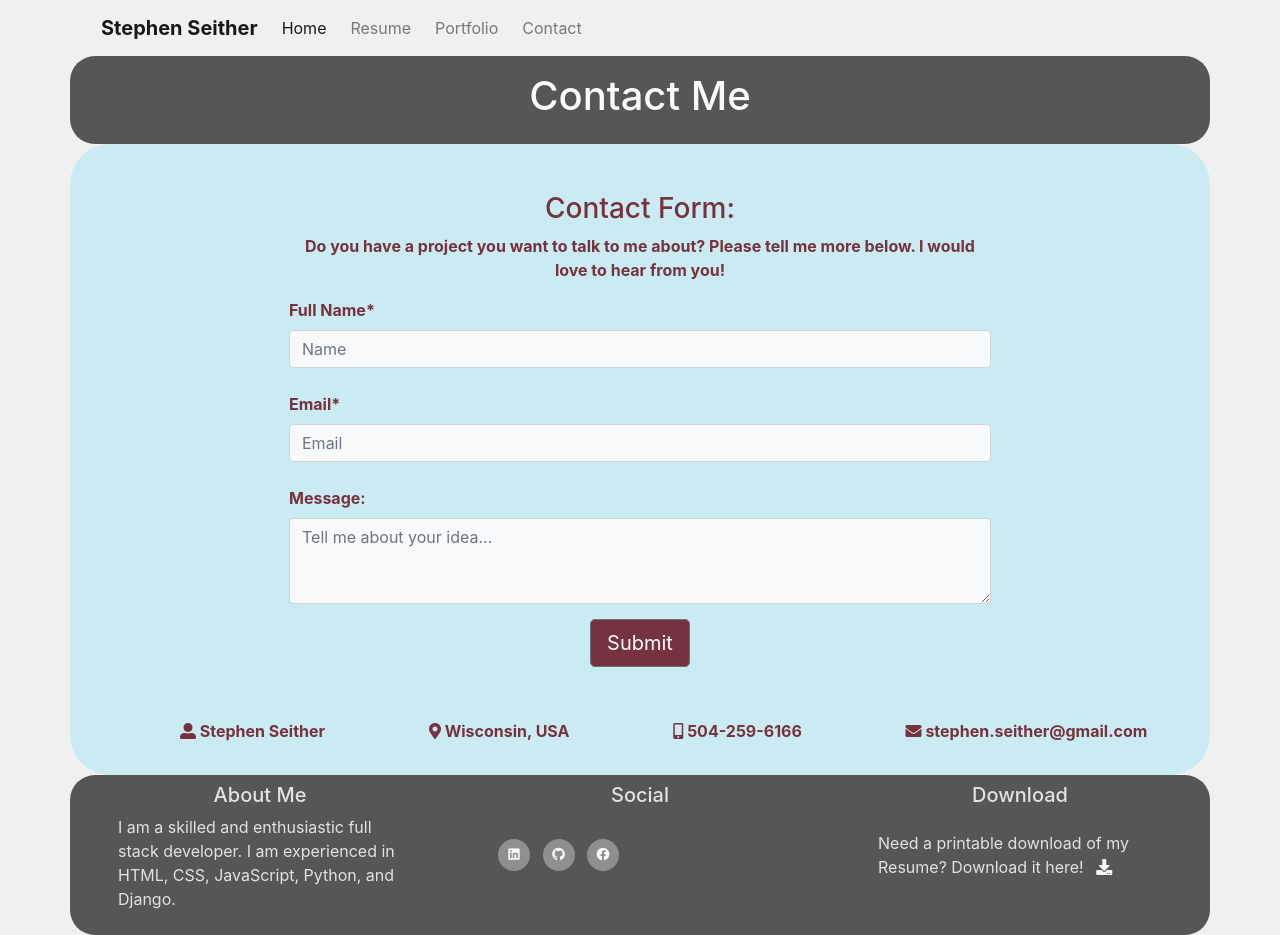
Repository: stephenseither/First-Milestone-Project
Page: contact.html
The author's editor kept a record of every edit. The page is drawn from the files as they stood at one moment, then again after the next edit.
The browser window is 1280 px wide. The pictures show the whole page.
Some web libraries are served in a nearby version.

Above is the page before.

### contact.html
<!DOCTYPE html>
<html lang="en">

<head>
    <meta charset="UTF-8">
    <meta name="viewport" content="width=device-width, initial-scale=1.0">
    <meta http-equiv="X-UA-Compatible" content="ie=edge">
    <link rel="stylesheet" href="https://stackpath.bootstrapcdn.com/bootstrap/4.3.1/css/bootstrap.min.css" integrity="sha384-ggOyR0iXCbMQv3Xipma34MD+dH/1fQ784/j6cY/iJTQUOhcWr7x9JvoRxT2MZw1T" crossorigin="anonymous">
    <link rel="stylesheet" href="https://use.fontawesome.com/releases/v5.10.2/css/all.css" integrity="sha384-rtJEYb85SiYWgfpCr0jn174XgJTn4rptSOQsMroFBPQSGLdOC5IbubP6lJ35qoM9" crossorigin="anonymous">
    <link rel="stylesheet" href="https://cdnjs.cloudflare.com/ajax/libs/hover.css/2.3.1/css/hover-min.css" type="text/css" />
    <link rel="stylesheet" href="assets/css/style.css" type="text/css" />
    <title>Personal Portfolio</title>
</head>

<body>
    <div class="container">
        <div class="row">
            <div class="col">
                <nav class="navbar navbar-light bg-navbar navbar-expand-sm">
                    <a href="index.html" class="navbar-brand font-weight-bold">Stephen Seither</a>

                    <button class="navbar-toggler ml-auto" type="button" data-toggle="collapse" data-target="#navbarNavDropdown" aria-controls="navbarNavDropdown" aria-expanded="false" aria-label="Toggle navigation">
            <span class="navbar-toggler-icon"></span></button>

                    <div class="collapse navbar-collapse" id="navbarNavDropdown">

                        <ul class="navbar-nav mr-auto">
                            <li class="active nav-item mr-2"><a class="nav-link" href="index.html">Home</a></li>
                            <li class="nav-item mr-2"><a class="nav-link" href="experience.html">Resume</a></li>
                            <li class="nav-item mr-2"><a class="nav-link" href="portfolio.html">Portfolio</a></li>
                            <li class="nav-item mr-2"><a class="nav-link" href="contact.html">Contact</a></li>
                        </ul>

                    </div>
                </nav>
            </div>
        </div>
    </div>
    <div class="container">
        <div class="row">
            <div class="col resume heading bg-header py-3">
                <h1 class="uppercase">
                    Contact Me
                </h1>
            </div>
        </div>
    </div>
    <div class="container bg-contact contact-page">
        <div class="row">
            <div class="col px-5 pt-5 pb-3 center-form">
                <form>
                    <h3 class="mb-2 text-center">Contact Form:</h3>
                    <p class="text-center mb-3"> Do you have a project you want to talk to me about? Please tell me more below. I would love to hear from you!</p>
                    <label for="fullname" class="fullname"> Full Name*</label>
                    <input type="text" name="fullname" id="fullname" placeholder="Name" class=" form-control bg-light" required>
                    <br>
                    <label for="email" class="email"> Email*</label>
                    <input type="text" name="email" id="email" placeholder="Email" class=" form-control bg-light" required>
                    <br>
                    <label for="message" class="message"> Message:</label>
                    <textarea name="message" id="message" class="form-control bg-light" rows="3" placeholder="Tell me about your idea..."></textarea>
                    <div class="form-row text-center">
                        <div class="col">
                            <button type="submit" class="btn btn-secondary btn-lg">Submit</button>
                        </div>
                    </div>
                </form>
            </div>
        </div>
        <div class="col contact-info-2 py-3">
            <div class="personal-info-item-2">
                <div class="title-2">
                    <p>
                        <i class="fas fa-user-alt"></i> Stephen Seither
                    </p>
                </div>
            </div>
            <div class="personal-info-item-2">
                <div class="title-2">

                    <p>
                        <i class="fas fa-map-marker-alt"></i> Wisconsin, USA
                    </p>
                </div>
            </div>
            <div class="personal-info-item-2">
                <div class="title-2">

                    <p>
                        <i class="fas fa-mobile-alt"></i> 504-259-6166
                    </p>
                </div>
            </div>
            <div class="personal-info-item-2">
                <div class="title-2">

                    <p>
                        <i class="fas fa-envelope"></i> stephen.seither@gmail.com
                    </p>
                </div>
            </div>
        </div>
    </div>


    <footer>
        <div class="container footer bg-footer">
            <div class="row">
                <div class="col-md-4 px-5 py-2">
                    <h5>About Me</h5>
                    <p>I am a skilled and enthusiastic full stack developer. I am experienced in HTML, CSS, JavaScript, Python, and Django.</p>
                </div>
                <div class="col-md-4 px-5 py-2">
                    <h5 class="uppercase general-sub">Social</h5>
                    <ul class="list-inline social-links-footer py-4">
                        <li class="list-inline-item">
                            <a href="https://www.linkedin.com/in/stephen-seither-254ba7b7" target="_blank">
                                <i class="fab fa-linkedin" aria-hidden="true"></i>
                                <span class="sr-only">LinkedIn</span>
                                </a>
                        </li>
                        <li class="list-inline-item">
                            <a href="https://github.com/stephenseither" target="_blank">
                                    <i class="fab fa-github" aria-hidden="true"></i>
                                    <span class="sr-only">GitHub</span>
                                </a>
                        </li>
                        <li class="list-inline-item">
                            <a href="https://www.facebook.com/stephen.seither" target="_blank">
                                    <i class="fab fa-facebook" aria-hidden="true"></i>
                                    <span class="sr-only">Facebook</span>
                                </a>
                        </li>
                    </ul>
                </div>
                <div class="col-md-4 px-5 py-2">
                    <h5>Download</h5>
                    <p class="py-3">Need a printable download of my Resume? Download it here!
                        <a href="assets/resume/resume.pdf" target="_blank" class="resume-pdf"><i class="fa fa-download" aria-hidden="true"></i>
                        <span class="sr-only">Download link.</span>
                        </a>
                    </p>
                </div>
            </div>
        </div>
    </footer>
    <script src="https://code.jquery.com/jquery-3.3.1.slim.min.js" integrity="sha384-q8i/X+965DzO0rT7abK41JStQIAqVgRVzpbzo5smXKp4YfRvH+8abtTE1Pi6jizo" crossorigin="anonymous"></script>
    <script src="https://cdnjs.cloudflare.com/ajax/libs/popper.js/1.14.3/umd/popper.min.js" integrity="sha384-ZMP7rVo3mIykV+2+9J3UJ46jBk0WLaUAdn689aCwoqbBJiSnjAK/l8WvCWPIPm49" crossorigin="anonymous"></script>
    <script src="https://stackpath.bootstrapcdn.com/bootstrap/4.1.3/js/bootstrap.min.js" integrity="sha384-ChfqqxuZUCnJSK3+MXmPNIyE6ZbWh2IMqE241rYiqJxyMiZ6OW/JmZQ5stwEULTy" crossorigin="anonymous"></script>
</body>

</html>

### assets/css/style.css
/*---------------------------BG Colors---------------------- */

body {
    background-color: #f0f0f0;
}

.bg-navbar {
    background-color: #f0f0f0;
}

.bg-header {
    background-color: #565656;
}

.about-me {
    background-color: #caebf2;
}

.photo {
    background-color: #caebf2;
}

.contact-info {
    background-color: #7395ae;
    color: #fafafa;
    font-weight: normal;
}

.bg-work-timeline {
    background-color: #caebf2;
}

.bg-school-timeline {
    background-color: #caebf2;
}

.bg-skills {
    background-color: #caebf2;
}

.bg-footer {
    background-color: #565656;
}

.bg-button {
    background-color: #caebf2;
}

.bg-portfolio {
    background-color: #caebf2;
}

.bg-contact {
    background-color: #caebf2;
}

/*---------------------------Header---------------------- */

.heading {
    text-align: center;
    border-radius: 25px;
}

.name {
    margin-top: 60px;
    color: #fff;
}

.title {
    color: #e3e1e1;
    margin-bottom: 20px;
}

.social-links {
    margin-left: 40px;
}

.social-links li a i {
    width: 32px;
    height: 32px;
    padding: 12px 2px;
    border-radius: 50%;
    font-size: 13px;
    line-height: 7px;
    text-align: center;
    color: #fafafa;
    background: #8f8f8f;
    transition: all 0.35s ease-in-out, ;
    -moz-transition: all 0.35s ease-in-out;
    -webkit-transition: all 0.35s ease-in-out;
    -o-transition: all 0.35s ease-in-out;
}

.social-links li a i:hover {
    background-color: #b8784b;
    transform: scale(1.5);
    -webkit-transform: scale(1.5);
    -moz-transform: scale(1.5);
    -o-transform: scale(1.5);
}


/*---------------------------About Me---------------------- */

.about-me {
    border-width: 2px 4px;
    border-radius: 40px;
    color: #f5f5f5;
    text-align: left;
}

.about-me p {
    color: #565656;
    font-weight: 500;
}

.photo {
    border-width: 2px 4px;
    border-radius: 40px;
}


h2 {
    color: #76323f;
    padding-top: 8px;
}

/*--------------------------Contact Me Page---------------------- */

.contact-page {
    border-width: 2px 4px;
    border-radius: 40px;
    color: #76323f;
    font-weight: bold;
}

.title-2 {
    color: #76323f;
}

.personal-info-item-2 {
    display: inline-block;
    margin-left: 80px;
    margin-right: 20px;
}

.personal-info-item .title-2,
.personal-info-item .value-2 {
    display: inline-block;
    padding-right: 15px;
}

.center-form {
    padding-top: 10px;
    margin: 0 auto;
}

@media(min-width: 992px) {
    .center-form {
        padding-top: 30px;
        min-height: 240px;
        margin: 0 auto;
        max-width: 70%;
    }
}

button[type="submit"] {
    margin-top: 15px;
    margin-bottom: 20px;
    color: #fafafa;
    background-color: #76323f;
    text-align: center;
}


/*---------------------------Contact Info---------------------- */

.personal-info-item {
    margin-bottom: 10px;
    display: block;
    clear: both;
    font-size: 20px;
}

.personal-info-item .title,
.personal-info-item .value {
    display: inline-block;
    padding-right: 15px;
}

button[type="button"] {
    margin-top: 15px;
    margin-bottom: 20px;
    color: #fafafa;
    background-color: #76323f;
}

.contact-me-btn {
    margin-left: 110px;
}

/*--------------------------Resume---------------------- */

.resume {
    text-align: center;
    color: #fafafa;
    padding: 8px;
}

.resume-link {
    margin-top: 100px;
    transition: all 0.35s ease-in-out, ;
    -moz-transition: all 0.35s ease-in-out;
    -webkit-transition: all 0.35s ease-in-out;
    -o-transition: all 0.35s ease-in-out;
}

.resume-link:hover {
    transform: scale(1.05);
    -webkit-transform: scale(1.05);
    -moz-transform: scale(1.05);
    -o-transform: scale(1.05);
}


.work-history {
    color: #565656;
    text-align: center;
}

.work-timeline {
    border-width: 2px 4px;
    border-radius: 40px;
}

.timeline-item {
    padding: 4em 2em 0em 2em;
    position: relative;
    color: #565656;
    border-left: 1px solid;
}

.timeline-item p {
    padding: 0;
    margin: 0;
    color: #76323f;
}

.timeline-item:before {
    content: attr(data-dates);
    position: absolute;
    left: 2.5em;
    top: 3em;
    display: block;
    font-family: "Exo", sans-serif;
    font-weight: 500;
    font-size: 0.8em;
    padding: 0;
    margin: 0;
}

.timeline-item:after {
    width: 12px;
    height: 12px;
    display: block;
    top: 2.4em;
    position: absolute;
    left: -6px;
    border-radius: 12px;
    content: '';
    background-color: #565656;
}


.school {
    color: #565656;
    text-align: center;
}

.school-item {
    padding: 4em 2em 0em 2em;
    position: relative;
    color: #565656;
    border-left: 1px solid;
}


.school-timeline {
    border-width: 2px 4px;
    border-radius: 40px;
}

.school-item p {
    padding: 0;
    margin: 0;
    color: #76323f;
}

.school-item:before {
    content: attr(data-dates);
    position: absolute;
    left: 2.5em;
    top: 3em;
    display: block;
    font-family: "Exo", sans-serif;
    font-weight: 500;
    font-size: 0.8em;
    padding: 0;
    margin: 0;
}

.school-item:after {
    width: 12px;
    height: 12px;
    display: block;
    top: 2.4em;
    position: absolute;
    left: -6px;
    border-radius: 12px;
    content: '';
    background-color: #565656;
}

.skills {
    color: #565656;
    text-align: center;
}

.skills-list {
    border-width: 2px 4px;
    border-radius: 40px;
}


/*---------------------------Footer---------------------------*/

.footer {
    border-radius: 25px;
    color: #e3e1e1
}

h5 {
    text-align: center;
}

.social-links-footer li a i {
    width: 32px;
    height: 32px;
    padding: 12px 2px;
    border-radius: 50%;
    font-size: 13px;
    line-height: 7px;
    text-align: center;
    color: #fafafa;
    background: #8f8f8f;
    transition: all 0.35s ease-in-out, ;
    -moz-transition: all 0.35s ease-in-out;
    -webkit-transition: all 0.35s ease-in-out;
    -o-transition: all 0.35s ease-in-out;
}

.social-links-footer li a i:hover {
    background-color: #b8784b;
    transform: scale(1.5);
    -webkit-transform: scale(1.5);
    -moz-transform: scale(1.5);
    -o-transform: scale(1.5);
}

.resume-pdf i {
    color: #f5f5f5;
    padding-left: 8px;
    transition: all 0.35s ease-in-out, ;
    -moz-transition: all 0.35s ease-in-out;
    -webkit-transition: all 0.35s ease-in-out;
    -o-transition: all 0.35s ease-in-out;
}

.resume-pdf i:hover {
    color: #b8784b;
    transform: scale(1.5);
    -webkit-transform: scale(1.5);
    -moz-transform: scale(1.5);
    -o-transform: scale(1.5);
}

/*---------------------------Portfolio---------------------------*/

.portfolio {
    border-width: 2px 4px;
    border-radius: 40px;
}



.portfolio-item {
    transition: all 0.35s ease-in-out, ;
    -moz-transition: all 0.35s ease-in-out;
    -webkit-transition: all 0.35s ease-in-out;
    -o-transition: all 0.35s ease-in-out;
}

.portfolio-item:hover {
    transform: scale(1.2);
    -webkit-transform: scale(1.2);
    -moz-transform: scale(1.2);
    -o-transform: scale(1.2);
}

.progress {
    position: relative;
    height: 25px;
    margin-bottom: 4px;
    background-color: #D3D3D3;
}

.progress-type {
    position: absolute;
    left: 0px;
    font-weight: 400;
    padding: 3px 30px 2px 10px;
    color: #fafafa;
    background-color: rgba(25, 25, 25, 0.2);
}

After the next edit:
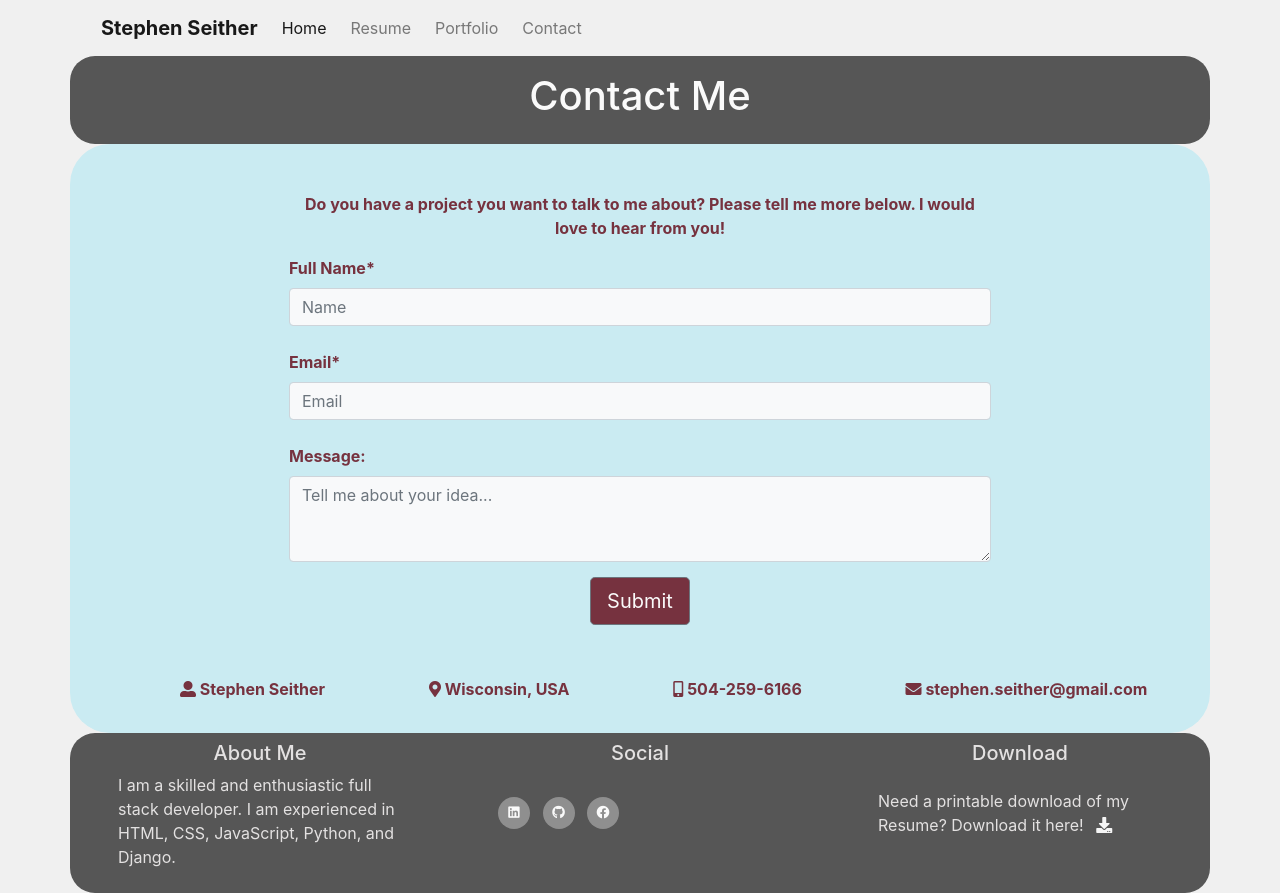
The edit:
--- a/contact.html
+++ b/contact.html
@@ -49,7 +49,7 @@
         <div class="row">
             <div class="col px-5 pt-5 pb-3 center-form">
                 <form>
-                    <h3 class="mb-2 text-center">Contact Form:</h3>
+
                     <p class="text-center mb-3"> Do you have a project you want to talk to me about? Please tell me more below. I would love to hear from you!</p>
                     <label for="fullname" class="fullname"> Full Name*</label>
                     <input type="text" name="fullname" id="fullname" placeholder="Name" class=" form-control bg-light" required>
